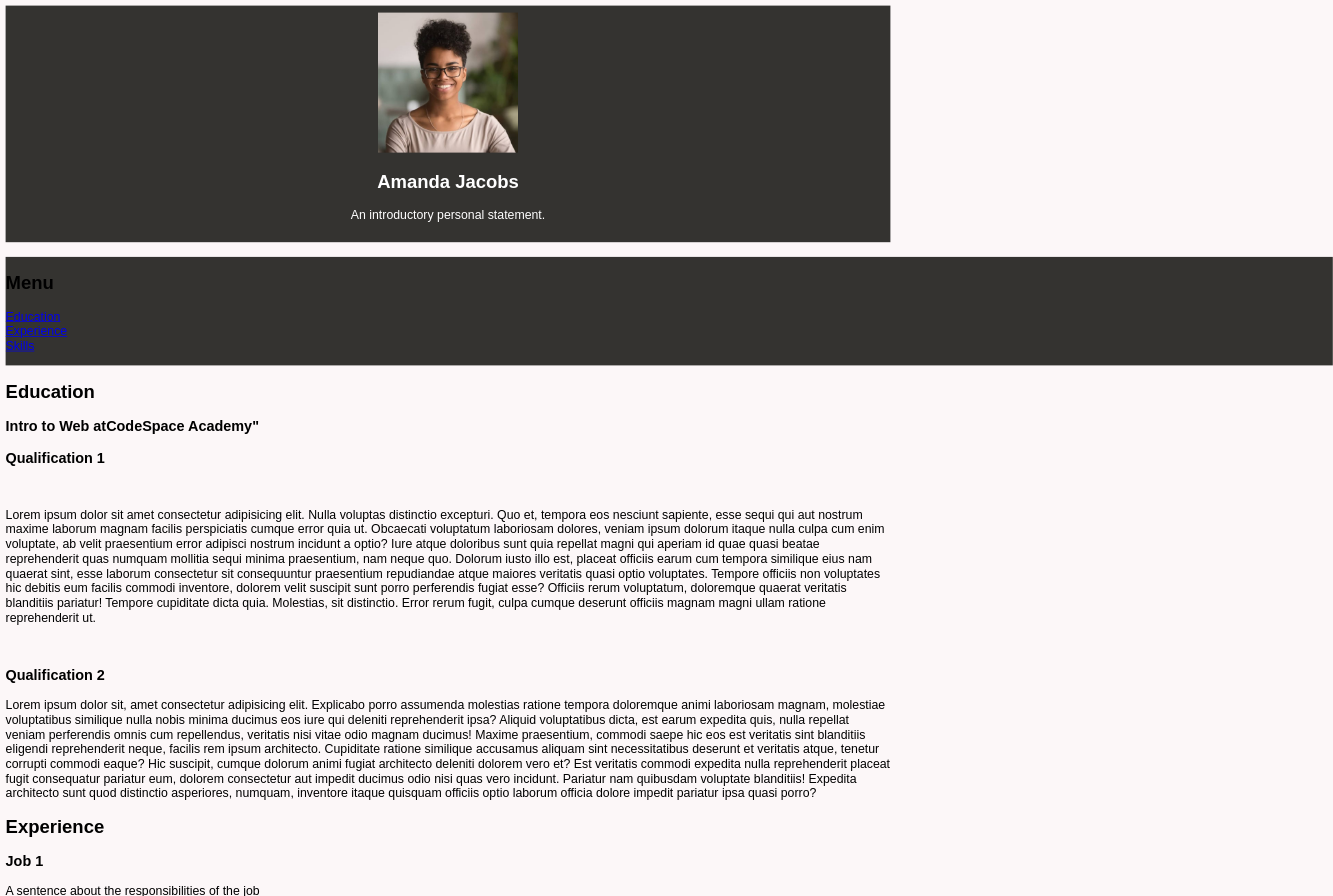
Repository: LeonardMhere/Resume-3
Page: resume `3/index.html
The author's editor kept a copy of each file at every save. The page is drawn from the files as they stood at one save, then again after the next save.
The browser window is 1280 px wide. The page is 1904 px wide, then 1280 px, so the pictures cover 1904 px, including what lies to the right of the window. The pictures show the part of the page from y = 0 to 1280 px (the page is 1927 px tall), at 70% of full size.

Above is the page before, as saved 2023-03-23 09:36:52.

After the next save:
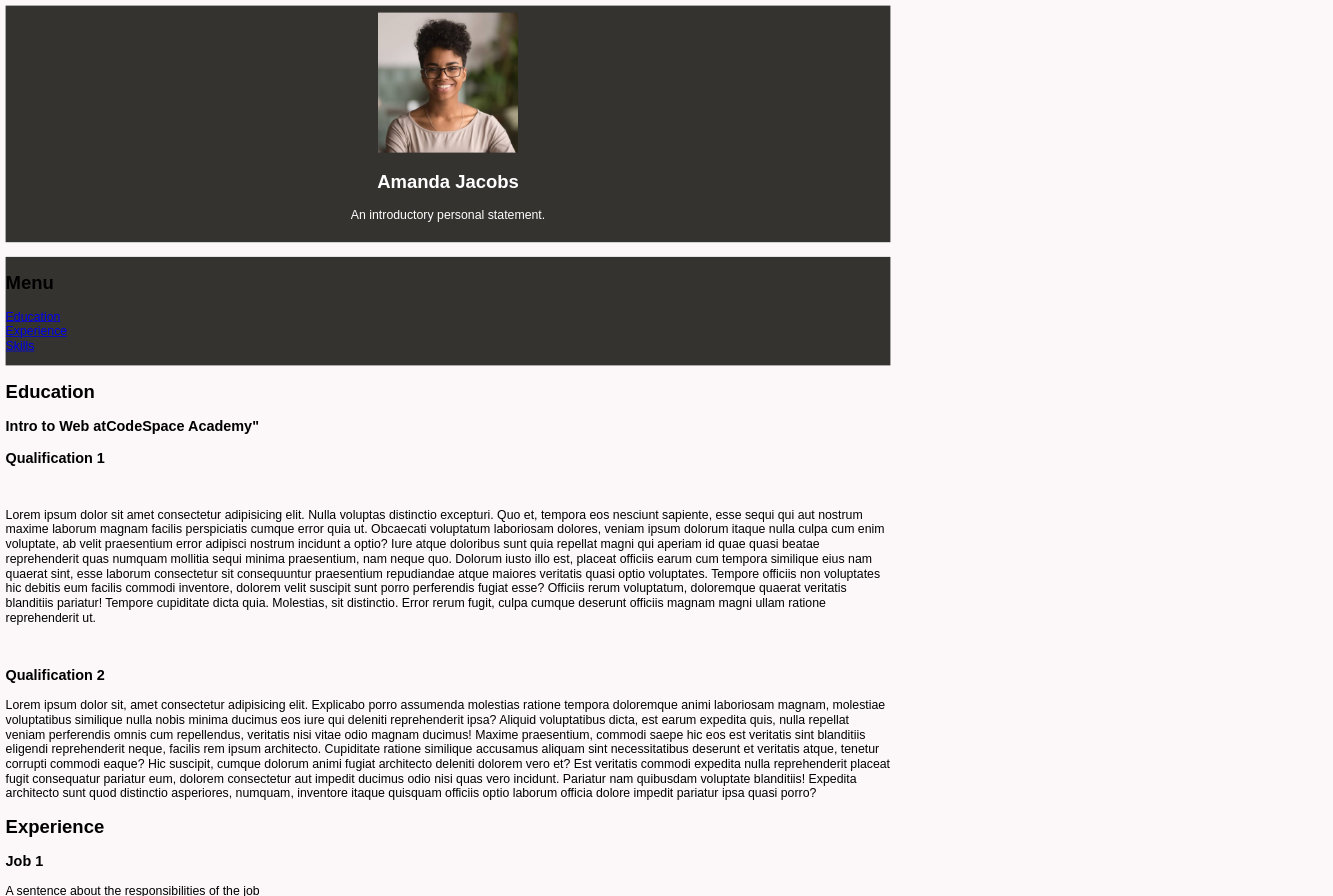
Saved 32 s later.
--- a/resume `3/css/stylesheet.css
+++ b/resume `3/css/stylesheet.css
@@ -21,7 +21,7 @@ header {
 
 .nav-menu{
     background-color:#343330;
-    width: 150%;
+    width: 100%;
     overflow: auto;
     background-color:
 }
